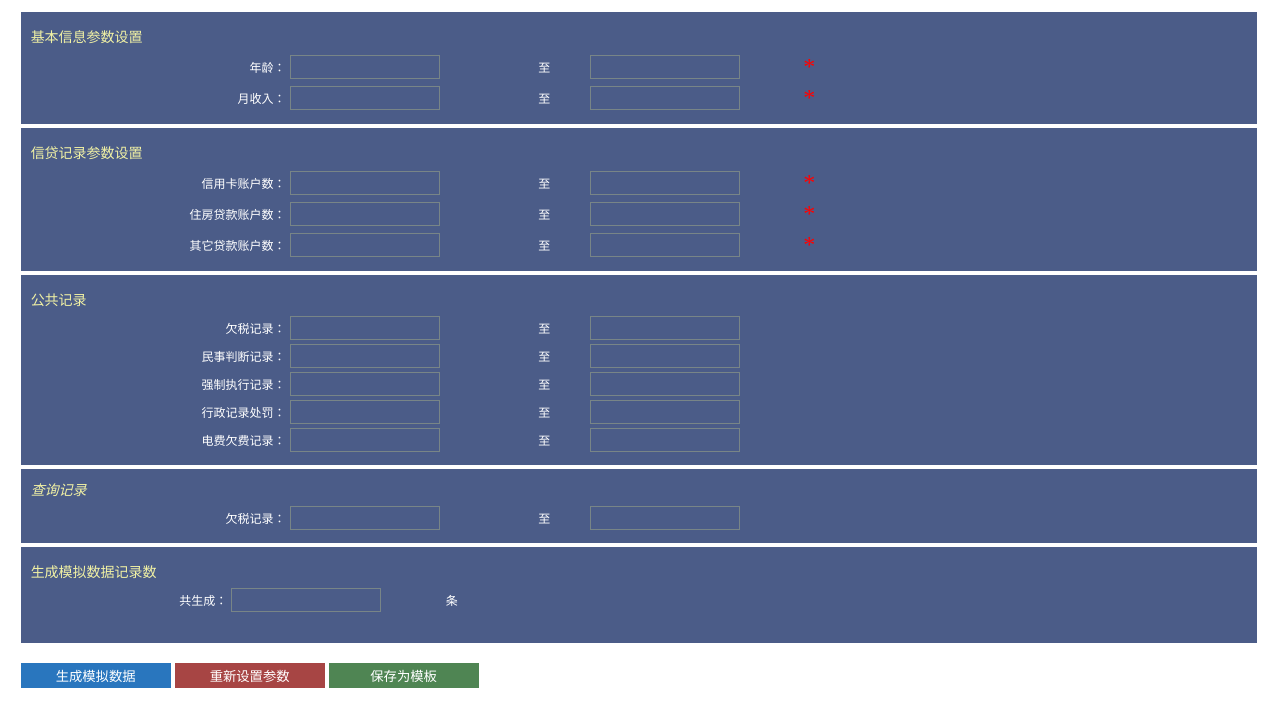
Repository: trieyouth/BigData
Page: http://localhost/BigData/WEB-INF/views/client-credit-analyse-system/data-collect/generateData.jsp
The author's editor kept a copy of each file at every save. The page is drawn from the files as they stood at one save, then again after the next save.
The browser window is 1280 px wide. The pictures show the whole page.
The page is served by Tomcat 9. Nobody is signed in. The template is opened directly, without the code that normally fills it, so the values that code supplies are empty.

Above is the page before, as saved 2016-03-07 09:10:33.

After the next save:
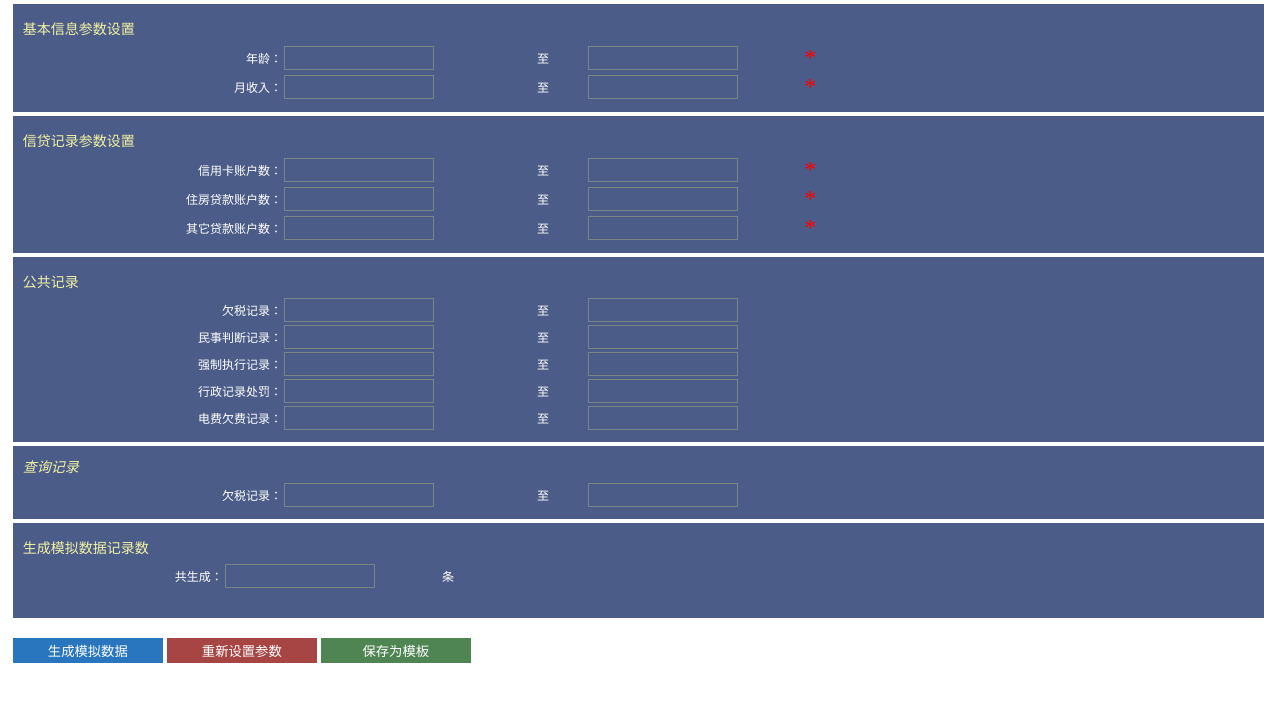
Saved 68 s later.
--- a/BigData/WebRoot/WEB-INF/resources/css/mycss.css
+++ b/BigData/WebRoot/WEB-INF/resources/css/mycss.css
@@ -1,6 +1,10 @@
 @charset "utf-8";
 /* CSS Document */
-
+*{
+	padding:0px;
+	margin:0px;
+	border:0px;
+}
 #continaer{
 	margin: 0px auto;
 	width:80%;
